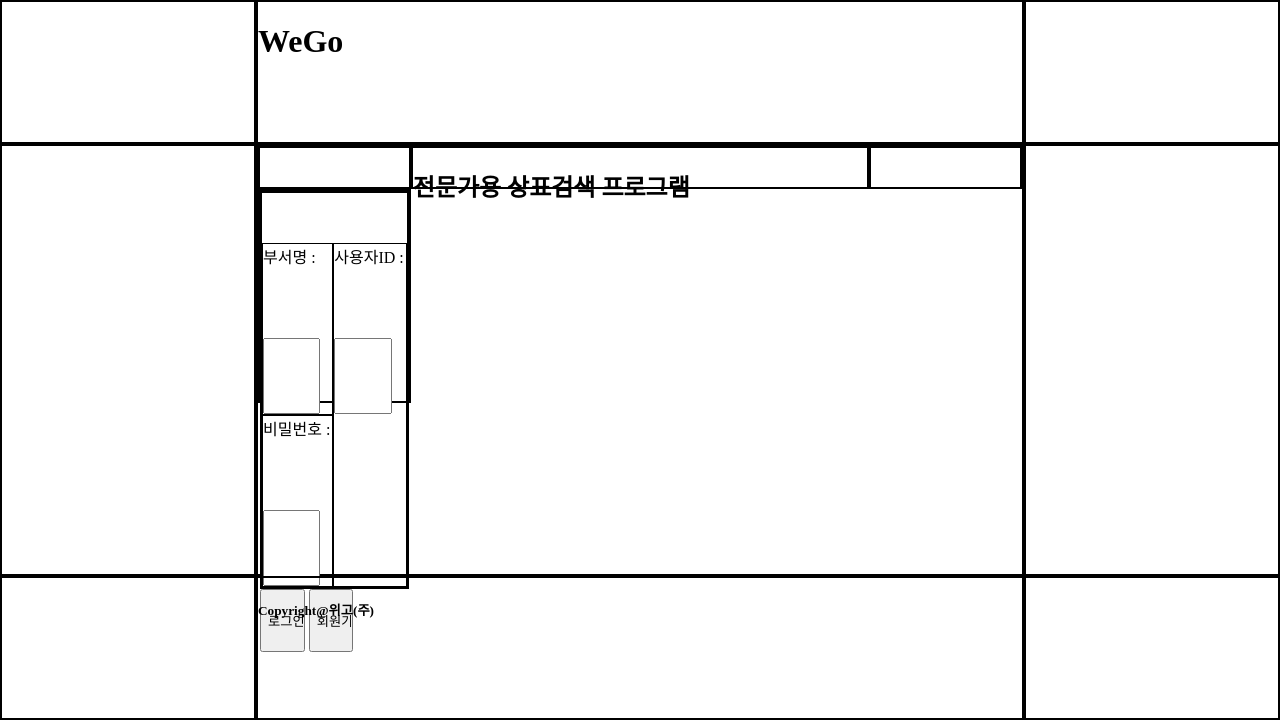
Repository: hamuse/wego1
Page: http://localhost/teamW1/facade.do
These files come from the project's save history. The page is drawn as it stood at one moment and after the next save; the edit follows.
The browser window is 1280 px wide. The pictures show the whole page.
Some web libraries are served in a nearby version. The page is served by Tomcat 9.

Above is the page before, as saved 2019-10-07 10:42:41.

After the next save:
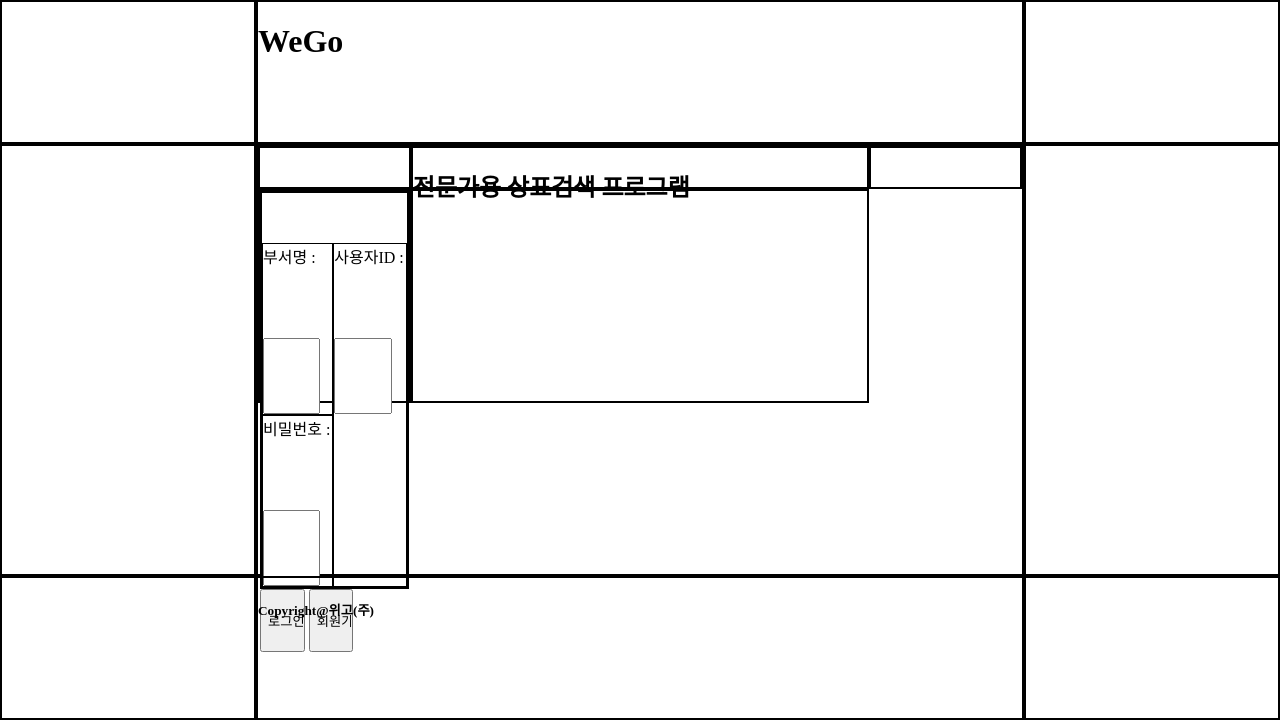
Saved 7 s later.
--- a/teamW1/WebContent/WEB-INF/views/facade/main.jsp
+++ b/teamW1/WebContent/WEB-INF/views/facade/main.jsp
@@ -16,5 +16,6 @@
     </c:when>
 </c:choose>
 </div>
+<div></div>
 </div>
 <jsp:include page="../common/foot.jsp"/>
